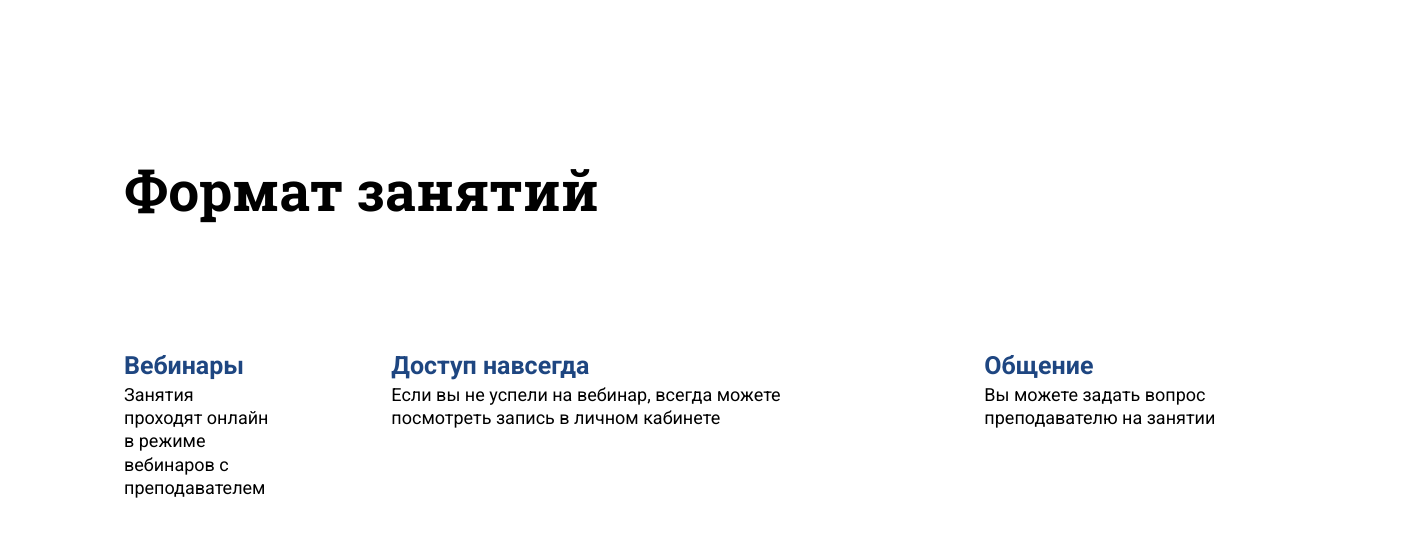
Repository: PoladEziz/Task2
Page: index.html
The author's editor kept a copy of each file at every save. The page is drawn from the files as they stood at one save, then again after the next save.
The browser window is 1280 px wide. The page is 1404 px wide, so the pictures cover 1404 px, including what lies to the right of the window. The pictures show the whole page.

Above is the page before, as saved 2023-05-04 17:28:42.

After the next save:
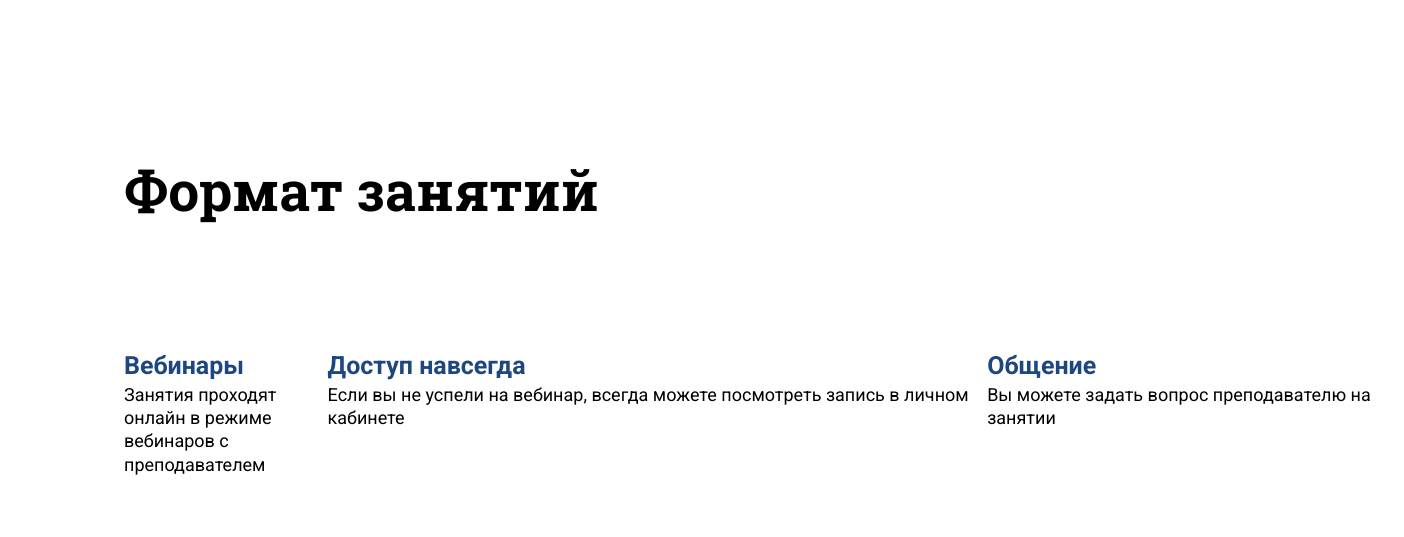
Saved 9 s later.
--- a/index.css
+++ b/index.css
@@ -32,7 +32,6 @@
 .page-1 ul li {
     list-style-type: none;
     /* width: 229px; */
-    margin-right: 122px;
 }
 li:nth-child(1) {
 width: 223px;
